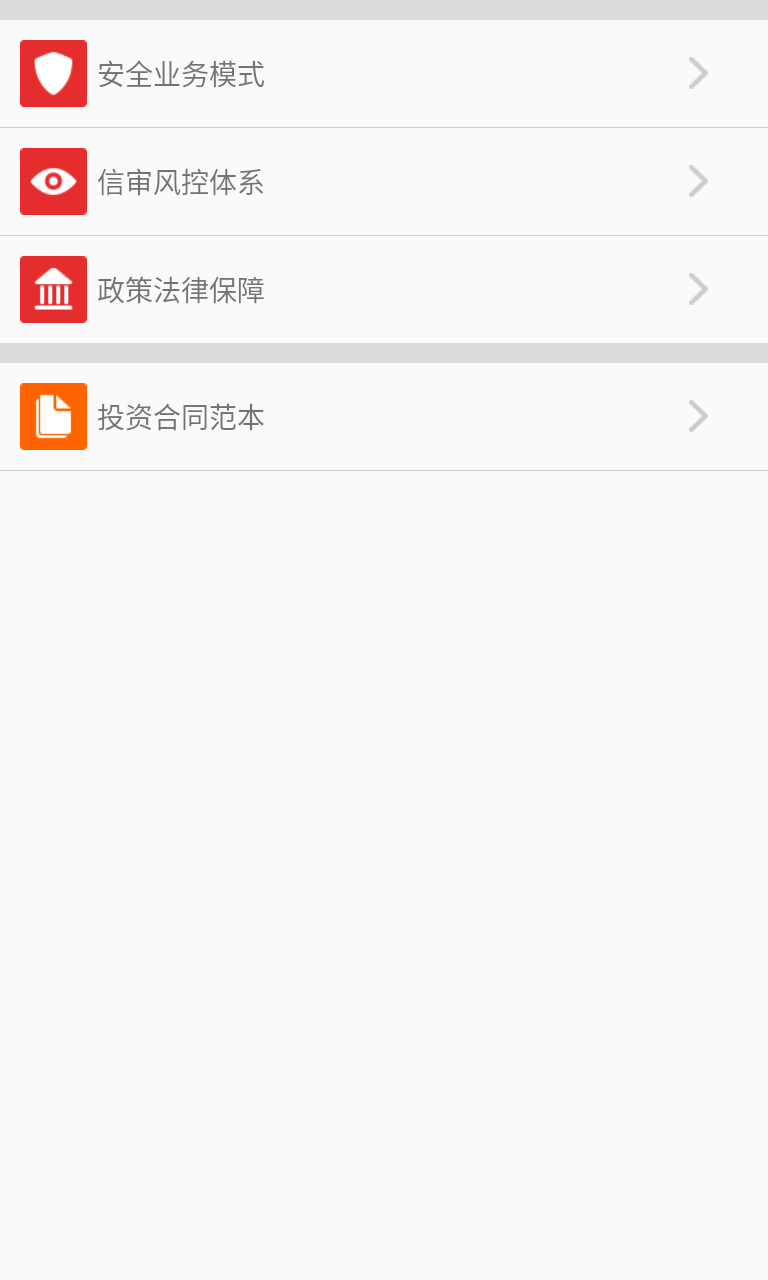
Repository: 971758118/git_wowodai
Layout: wowodai/res/layout/main_baozhang.xml
An editor plug-in stored every save of this project. The layout is shown before and after the next save, followed by the edit.
It is drawn on a 768 x 1280 px phone screen (xhdpi) without system bars, with theme AppTheme; the app's code is not run.

Above is the layout before, as saved 2014-11-26 03:35:17.

### wowodai/res/layout/main_baozhang.xml
<?xml version="1.0" encoding="utf-8"?>
<LinearLayout xmlns:android="http://schemas.android.com/apk/res/android"
    android:layout_width="match_parent"
    android:layout_height="match_parent"
    android:orientation="vertical" >

    <TextView
        android:layout_width="match_parent"
        android:layout_height="10dp"
        android:background="#DCDCDC" />

    <RelativeLayout
        android:id="@+id/layout_aqywms"
        android:layout_width="match_parent"
        android:layout_height="wrap_content"
        android:layout_margin="10dp" >

        <TextView
            android:id="@+id/textView1"
            android:layout_width="wrap_content"
            android:layout_height="wrap_content"
            android:layout_centerVertical="true"
            android:layout_marginLeft="5dp"
            android:layout_toRightOf="@+id/imageView1"
            android:text="安全业务模式" />

        <ImageView
            android:id="@+id/imageView2"
            android:layout_width="wrap_content"
            android:layout_height="wrap_content"
            android:layout_alignParentRight="true"
            android:layout_centerVertical="true"
            android:layout_marginRight="20dp"
            android:src="@drawable/next" />

        <ImageView
            android:id="@+id/imageView1"
            android:layout_width="wrap_content"
            android:layout_height="wrap_content"
            android:layout_alignParentLeft="true"
            android:layout_alignParentTop="true"
            android:src="@drawable/baozhang_aqywms" />
    </RelativeLayout>

    <TextView
        android:layout_width="match_parent"
        android:layout_height="0.5dp"
        android:background="#cccccc" />

    <RelativeLayout
        android:id="@+id/layout_xsfktx"
        android:layout_width="match_parent"
        android:layout_height="wrap_content"
        android:layout_margin="10dp" >

        <TextView
            android:id="@+id/textView1"
            android:layout_width="wrap_content"
            android:layout_height="wrap_content"
            android:layout_centerVertical="true"
            android:layout_marginLeft="5dp"
            android:layout_toRightOf="@+id/imageView1"
            android:text="信审风控体系" />

        <ImageView
            android:id="@+id/imageView2"
            android:layout_width="wrap_content"
            android:layout_height="wrap_content"
            android:layout_alignParentRight="true"
            android:layout_centerVertical="true"
            android:layout_marginRight="20dp"
            android:src="@drawable/next" />

        <ImageView
            android:id="@+id/imageView1"
            android:layout_width="wrap_content"
            android:layout_height="wrap_content"
            android:layout_alignParentLeft="true"
            android:layout_alignParentTop="true"
            android:src="@drawable/baozhang_xsfktx" />
    </RelativeLayout>

    <TextView
        android:layout_width="match_parent"
        android:layout_height="0.5dp"
        android:background="#cccccc" />

    <RelativeLayout
        android:id="@+id/layout_zcflbz"
        android:layout_width="match_parent"
        android:layout_height="wrap_content"
        android:layout_margin="10dp" >

        <TextView
            android:id="@+id/textView1"
            android:layout_width="wrap_content"
            android:layout_height="wrap_content"
            android:layout_centerVertical="true"
            android:layout_marginLeft="5dp"
            android:layout_toRightOf="@+id/imageView1"
            android:text="政策法律保障" />

        <ImageView
            android:id="@+id/imageView2"
            android:layout_width="wrap_content"
            android:layout_height="wrap_content"
            android:layout_alignParentRight="true"
            android:layout_centerVertical="true"
            android:layout_marginRight="20dp"
            android:src="@drawable/next" />

        <ImageView
            android:id="@+id/imageView1"
            android:layout_width="wrap_content"
            android:layout_height="wrap_content"
            android:layout_alignParentLeft="true"
            android:layout_alignParentTop="true"
            android:src="@drawable/baozhang_zcflbz" />
    </RelativeLayout>

    <TextView
        android:layout_width="match_parent"
        android:layout_height="10dp"
        android:background="#DCDCDC" />

    <RelativeLayout
        android:id="@+id/layout_tzhtfb"
        android:layout_width="match_parent"
        android:layout_height="wrap_content"
        android:layout_margin="10dp" >

        <TextView
            android:id="@+id/textView1"
            android:layout_width="wrap_content"
            android:layout_height="wrap_content"
            android:layout_centerVertical="true"
            android:layout_marginLeft="5dp"
            android:layout_toRightOf="@+id/imageView1"
            android:text="投资合同范本" />

        <ImageView
            android:id="@+id/imageView2"
            android:layout_width="wrap_content"
            android:layout_height="wrap_content"
            android:layout_alignParentRight="true"
            android:layout_centerVertical="true"
            android:layout_marginRight="20dp"
            android:src="@drawable/next" />

        <ImageView
            android:id="@+id/imageView1"
            android:layout_width="wrap_content"
            android:layout_height="wrap_content"
            android:layout_alignParentLeft="true"
            android:layout_alignParentTop="true"
            android:src="@drawable/baozhang_tzhtfb" />
    </RelativeLayout>

    <TextView
        android:layout_width="match_parent"
        android:layout_height="0.5dp"
        android:background="#cccccc" />

</LinearLayout>

### wowodai/res/values/styles.xml
<resources>

    <style name="AppTheme" parent="AppBaseTheme">
        <item name="android:windowNoTitle">true</item>
    </style>
    <!-- 自定义进度条 -->
    <style name="MyProgressBar" parent="@android:style/Widget.ProgressBar.Horizontal">
        <item name="android:maxHeight">50dip</item>
        <item name="android:minHeight">8dip</item>
        <item name="android:indeterminateOnly">false</item>
        <item name="android:indeterminateDrawable">@android:drawable/progress_indeterminate_horizontal</item>
        <item name="android:progressDrawable">@drawable/my_progressbar</item>
    </style>

    <!-- 九宫格锁屏 -->
    <style name="ButtonGreen" parent="@android:style/Widget.Button">
        <item name="android:textSize">18.0sp</item>
        <item name="android:textColor">@drawable/lockpattern_skin_color_button</item>
        <item name="android:background">@drawable/lockpattern_common_btn_green</item>
    </style>

    <!-- 九宫格锁屏 -->
    <style name="ButtonRed" parent="@android:style/Widget.Button">
        <item name="android:textSize">18.0sp</item>
        <item name="android:textColor">@drawable/lockpattern_skin_color_button</item>
        <item name="android:background">@drawable/lockpattern_common_btn_red</item>
    </style>

</resources>

Loaded but not shown: wowodai/res/values-v11/styles.xml (common file); wowodai/res/values-v14/styles.xml (common file)

After the next save:
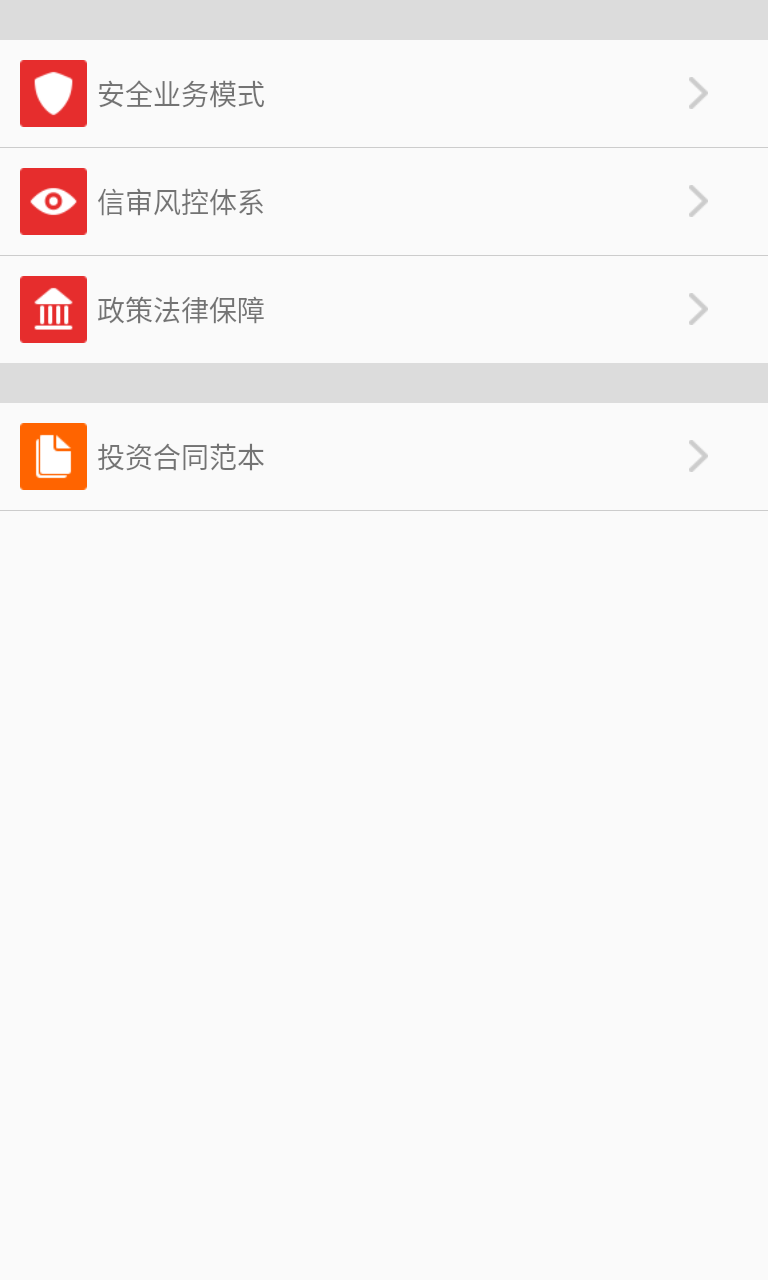
Saved 2 min 3 s later.
--- a/wowodai/res/layout/main_baozhang.xml
+++ b/wowodai/res/layout/main_baozhang.xml
@@ -6,7 +6,7 @@
 
     <TextView
         android:layout_width="match_parent"
-        android:layout_height="10dp"
+        android:layout_height="20dp"
         android:background="#DCDCDC" />
 
     <RelativeLayout
@@ -120,7 +120,7 @@
 
     <TextView
         android:layout_width="match_parent"
-        android:layout_height="10dp"
+        android:layout_height="20dp"
         android:background="#DCDCDC" />
 
     <RelativeLayout
